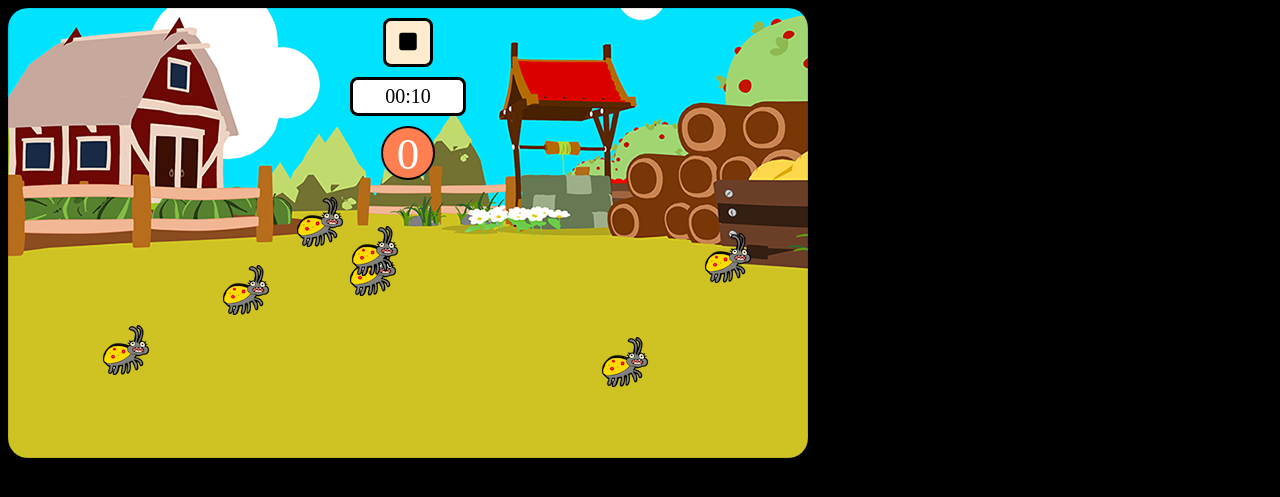
Repository: rladpwl0512/dreamcoding_browser101
Page: (7) catch-carrot-game/catch carrot/index.html
An editor plug-in stored every save of this project. The page is shown before and after the next save, followed by the edit.
The browser window is 1280 px wide. The pictures show the whole page.
After loading, the first visible `button.btn` was clicked once.
Some web libraries are served in a nearby version.

Above is the page before, as saved 2021-10-07 17:27:10.

After the next save:
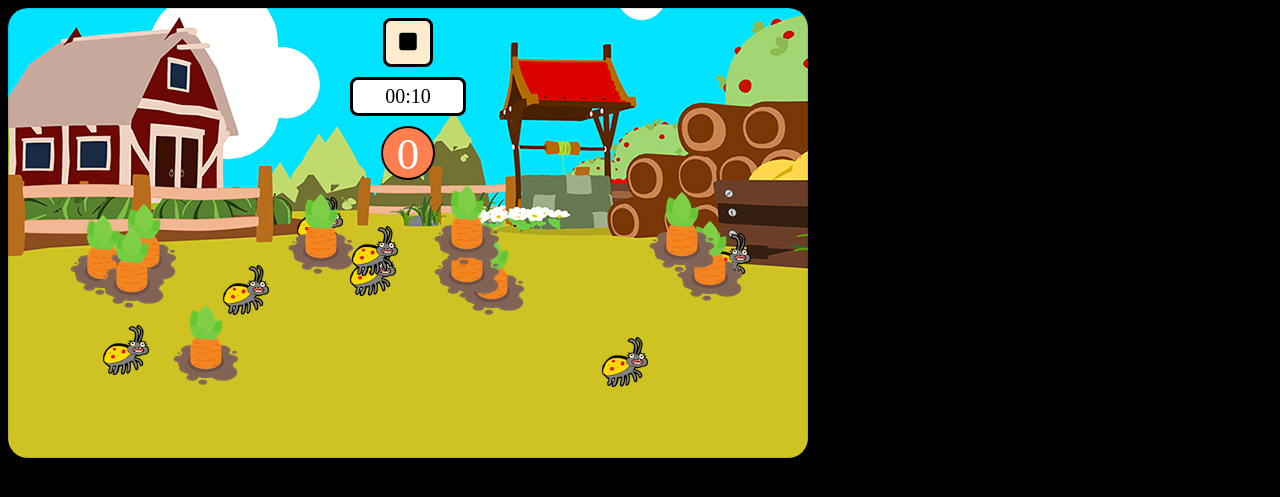
Saved 8 s later.
--- a/(7) catch-carrot-game/catch carrot/main.js
+++ b/(7) catch-carrot-game/catch carrot/main.js
@@ -28,6 +28,7 @@ function random() {
   for(let carrot of carrots) {
     xNum = Math.floor(Math.random() * 720);
     yNum = Math.floor(Math.random() * 170);
+    carrot.style.display = "block";
     carrot.style.transform = `translate(${xNum}px, ${yNum}px)`;
   }
 }
